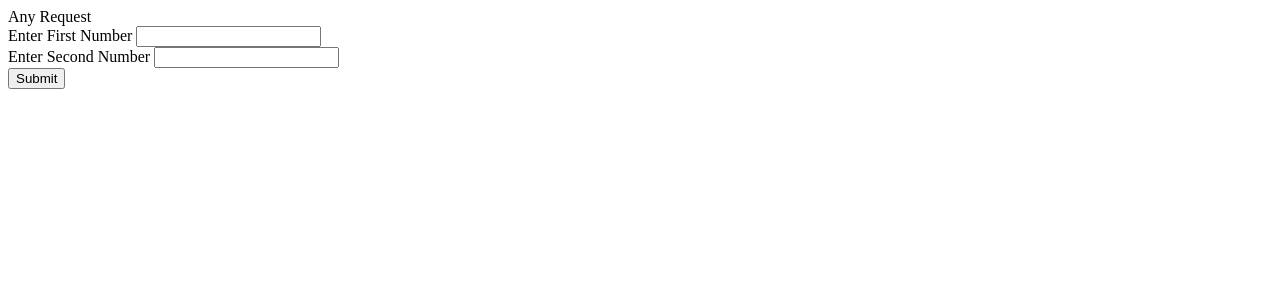
Repository: RashmitTopG/Servlet-and-JSP
Page: DemoApp/src/main/webapp/index.html
These files come from the project's save history. The page is drawn as it stood at one moment and after the next save; the edit follows.
The browser window is 1280 px wide. The pictures show the whole page.

Above is the page before, as saved 2025-12-23 19:10:11.

### DemoApp/src/main/webapp/index.html
<!DOCTYPE html>
<html>
<head>
<meta charset="UTF-8">
<title>Insert title here</title>
</head>
<body>
	<div>Any Request </div>
	<form action = "add" method = "post">

	Enter First Number <input type = "text" name ="number1"><br>
	Enter Second Number <input type = "text" name ="number2"><br>
	<input type ="submit">
	</form>

	<div></div>
</body>
</html>

After the next save:
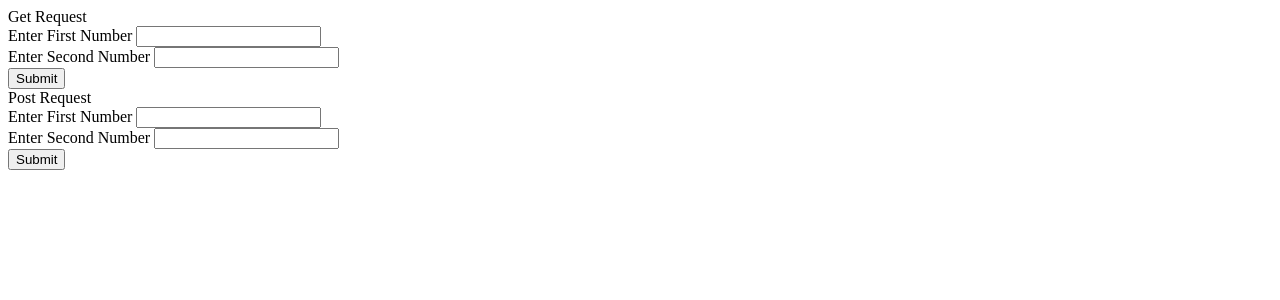
Saved 2 min 40 s later.
--- a/DemoApp/src/main/webapp/index.html
+++ b/DemoApp/src/main/webapp/index.html
@@ -5,14 +5,21 @@
 <title>Insert title here</title>
 </head>
 <body>
-	<div>Any Request </div>
-	<form action = "add" method = "post">
+	<div>Get Request </div>
+	<form action = "add" method = "get">
 
 	Enter First Number <input type = "text" name ="number1"><br>
 	Enter Second Number <input type = "text" name ="number2"><br>
 	<input type ="submit">
 	</form>
 
-	<div></div>
+	<div>Post Request</div>
+	<form action = "add" method = "post">
+
+		Enter First Number <input type = "text" name = "number1"><br>
+		Enter Second Number <input type = "text" name = "number2"><br>
+		<input type = "submit">
+	</form>
+
 </body>
 </html>
